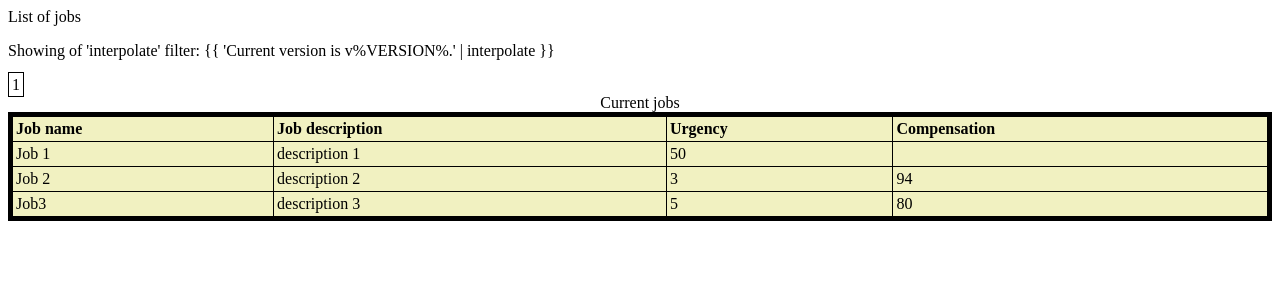
Repository: ultra-koder/JobMarket
Page: angular-seed/app/view2/findjob.html
The author's editor kept a record of every edit. The page is drawn from the files as they stood at one moment, then again after the next edit.
The browser window is 1280 px wide. The pictures show the whole page.

Above is the page before.

### angular-seed/app/view2/findjob.html
<p>List of jobs</p>
<p>
  Showing of 'interpolate' filter:
  {{ 'Current version is v%VERSION%.' | interpolate }}
</p>


<style>
table, th, td, tm {
    border: 1px solid black;
    border-collapse: collapse;
}
th, td, tm {
    padding: 3px;
    text-align: left;
}
tm {
  text-align: center;
}
table#t01 {
    width: 100%;
    border-width: 5px;
    background-color: #f1f1c1;
}
</style>


<table id=t01>
  <caption>Current jobs</caption>
  <tr>
    <th>Job name</th>
    <th>Job description</th>
    <th>Urgency</th>
    <th>Compensation</th>
  </tr>
  <tr>
    <td>Job 1</td>
    <td>description 1</td>
    <tm>1</tm>
    <td>50</td>
  </tr>
  <tr>
    <td>Job 2</td>
    <td>description 2</td>
    <td>3</td>
    <td>94</td>
  </tr>
  <tr>
    <td>Job3</td>
    <td>description 3</td>
    <td>5</td>
    <td>80</td>
  </tr>
</table>

After the next edit:
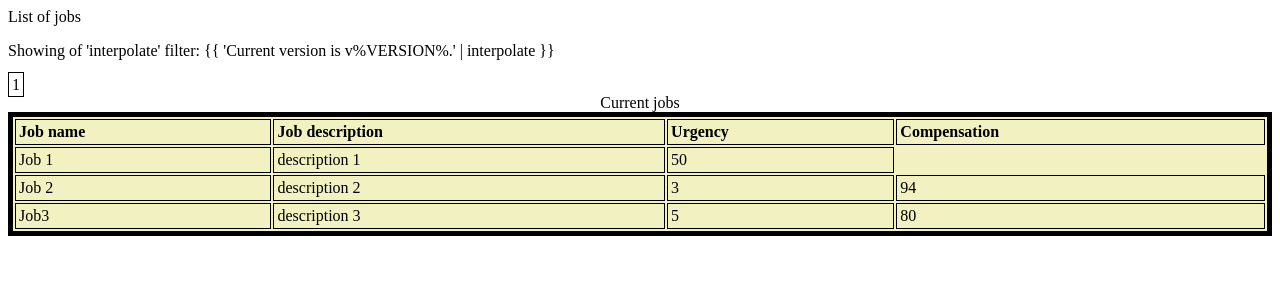
The edit:
--- a/angular-seed/app/view2/findjob.html
+++ b/angular-seed/app/view2/findjob.html
@@ -8,7 +8,6 @@
 <style>
 table, th, td, tm {
     border: 1px solid black;
-    border-collapse: collapse;
 }
 th, td, tm {
     padding: 3px;
